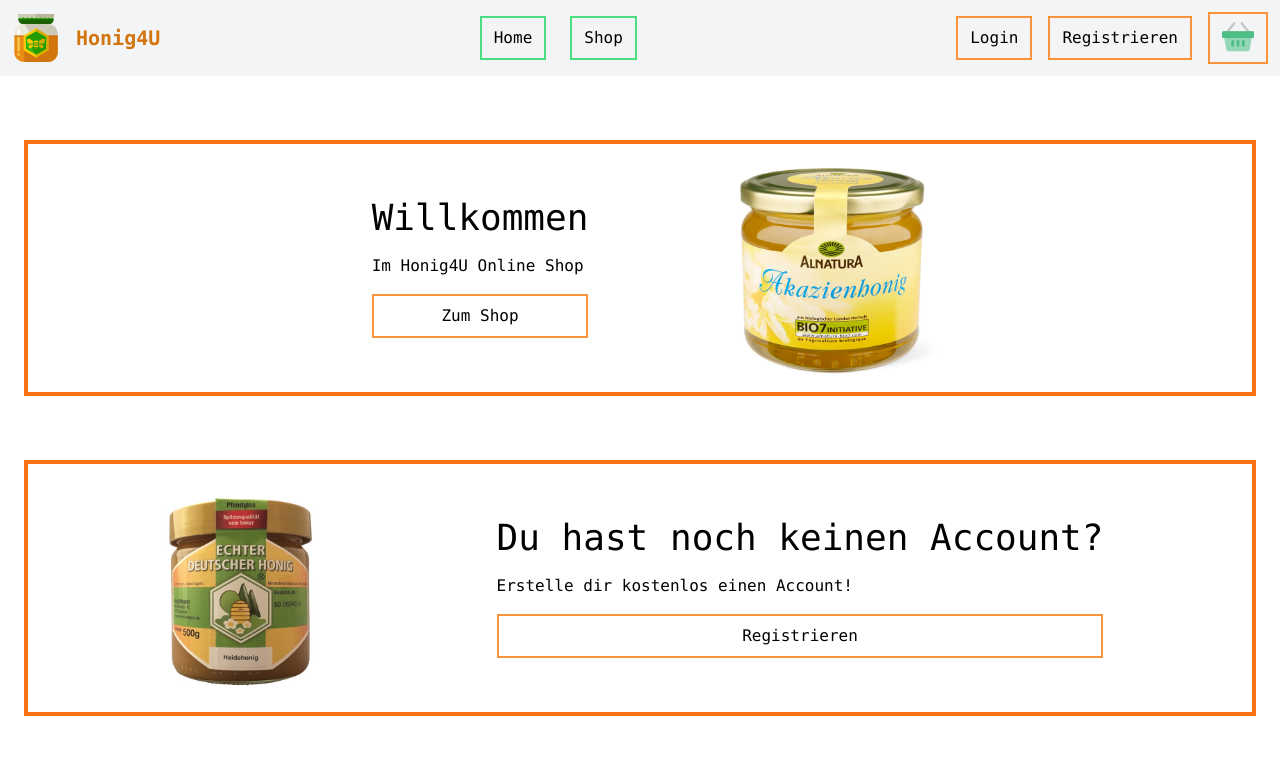
Repository: cainytheslave/PHPHonigShop
Page: http://localhost/
The author's editor kept a copy of each file at every save. The page is drawn from the files as they stood at one save, then again after the next save.
The browser window is 1280 px wide. The pictures show the whole page.
The page is run by PHP 8.4 with error messages shown; the project is at /var/www/html/. Style sheets and scripts are compiled from the project's sources, by tool versions that may differ from the author's.

Above is the page before, as saved 2022-03-11 22:12:56.

### index.php
<?php

session_start();

$einstellungen = require('core/einstellungen.php');

if (!isset($_SESSION['warenkorb'])) {
    $_SESSION['warenkorb'] = [];
}

?>

<!DOCTYPE html>
<html lang="en">

<head>
    <meta charset="UTF-8">
    <meta http-equiv="X-UA-Compatible" content="IE=edge">
    <meta name="viewport" content="width=device-width, initial-scale=1.0">
    <title><?= $einstellungen['firma'] ?></title>

    <?php include('includes/head.inc.php') ?>
</head>

<body class="font-mono">

    <?php include('includes/header.inc.php') ?>

    <main class="flex flex-col gap-16 px-6 py-16 mx-auto max-w-7xl">
        <!-- Hero Section -->
        <div class="relative flex justify-center w-full h-64 gap-16 overflow-hidden border-orange-500 border-4">
            <div class="flex items-center h-full px-16 bg-white">
                <div class="flex flex-col gap-4">
                    <h1 class="text-4xl">Willkommen</h1>
                    <p>Im <?= $einstellungen['firma'] ?> Online Shop</p>
                    <?= Komponente::link('Zum Shop', 'shop.php') ?>
                </div>
            </div>

            <div class="h-32 p-6">
                <img class="object-contain h-52" src="images/akazie.png" alt="">
            </div>

        </div>

        <!-- Hero Section -->
        <div class="relative flex justify-center w-full h-64 gap-16 overflow-hidden border-orange-500 border-4">

            <div class="h-32 p-6">
                <img class="object-contain h-52" src="images/heide.png" alt="">
            </div>

            <div class="flex items-center h-full px-16 bg-white">
                <div class="flex flex-col gap-4">
                    <h1 class="text-4xl">Du hast noch keinen Account?</h1>
                    <p>Erstelle dir kostenlos einen Account!</p>
                    <?= Komponente::link('Registrieren', 'registrierung.php') ?>
                </div>
            </div>
        </div>
    </main>
</body>

</html>

### core/einstellungen.php
<?php

return [
    'firma' => 'Honig4U'
];

### includes/head.inc.php
<!-- Styling -->
<link rel="stylesheet" href="style.css">

<!-- AlpineJS (Javascript Framework für Mobiles Menu https://alpinejs.dev) -->
<script defer src="https://unpkg.com/alpinejs@3.x.x/dist/cdn.min.js"></script>

### includes/header.inc.php
<?php

require('core/Komponente.php');
$einstellungen = require('core/einstellungen.php');

?>

<!-- Header -->
<header class="w-full bg-gray-100" x-data="{open: false}">
    <!-- Desktop -->
    <div class="flex items-center justify-between px-3 py-3 mx-auto max-w-7xl">

        <!-- Logo -->
        <a class="flex items-center gap-4">
            <img src="images/logo.svg" class="w-12 h-12" alt="Logo">
            <p class="text-xl font-semibold text-honey"><?= $einstellungen['firma'] ?></p>
        </a>

        <!-- Navigation-->
        <div class="items-center hidden gap-6 sm:flex">
            <?= Komponente::link('Home', 'index.php', 'green') ?>
            <?= Komponente::link('Shop', 'shop.php', 'green') ?>
            <?php if (isset($_SESSION['user']) && isset($_SESSION['user']['mitarbeiter'])) {
                if ($_SESSION['user']['mitarbeiter']) {
                    echo Komponente::link('Mitarbeiterbereich', 'admin.php', 'green');
                }
            } ?>
        </div>

        <!-- Account -->
        <div class="flex items-center gap-4">
            <?php if (isset($_SESSION['user'])) : ?>
                <?= Komponente::link('<img src="images/logout.svg" class="w-8 h-8" alt="">', 'logout.php?to=login.php') ?>
            <?php else : ?>
                <?= Komponente::link('Login', 'login.php') ?>
                <?= Komponente::link('Registrieren', 'registrierung.php') ?>
            <?php endif; ?>
            <?= Komponente::link('<img src="images/basket.svg" class="w-8 h-8" alt="">', 'warenkorb.php') ?>
        </div>

        <!-- Mobile Trigger -->
        <img @click="open = !open" src="images/menu.svg" class="block w-10 h-10 sm:hidden" alt="">
    </div>

    <!-- Mobile Menu -->
    <div class="flex flex-col gap-3 px-3 border-t-2 sm:hidden" x-show="open" style="display:none">
        <!-- Navigation-->
        <?= Komponente::link('Home', 'index.php', 'green') ?>
        <?= Komponente::link('Shop', 'shop.php', 'green') ?>
        <?php if (isset($_SESSION['user']) && isset($_SESSION['user']['mitarbeiter'])) {
            if ($_SESSION['user']['mitarbeiter']) {
                echo Komponente::link('Mitarbeiterbereich', 'admin.php', 'green');
            }
        } ?>
    </div>
</header>

### core/Komponente.php
<?php

class Komponente
{

    static function link($text = "", $href = "", $border = "orange")
    {
        $classes = "text-center px-3 py-2 border-2 hover:bg-gray-200 active:scale-95 hover:scale-105 border-$border-400";
        return "<a href='$href' class='$classes'>$text</a>";
    }

    static function button($text = "", $name = "", $border = "orange")
    {
        $classes = "text-center cursor-pointer px-3 py-2 border-2 hover:bg-gray-200 active:scale-95 hover:scale-105 border-$border-400";
        return "<input type='submit' name='$name' class='$classes' value='$text' />";
    }

    static function input($type = "text", $placeholder = '', $name = '', $value = '', $required = 'true')
    {
        $classes = "flex-1 text-left px-3 py-2 border-2 active:scale-95 border-orange-400";
        return "<input type='$type' name='$name' required='$required' value='$value' class='$classes' placeholder='$placeholder' />";
    }

    static function alert($error = true, $data)
    {
        if (count($data) <= 0) return '';

        $str = '<section class="w-full p-4 mx-auto mt-4 bg-green-300 border-2 border-green-500 shadow-xl">';
        if ($error) $str = '<section class="w-full p-4 mx-auto mt-4 bg-red-300 border-2 border-red-500 shadow-xl">';

        foreach ($data as $entry) {
            $str .= '<p class="text-lg font-semibold">' . $entry . '</p>';
        }

        $str .= '</section>';

        return $str;
    }
}

### tailwind.config.js
module.exports = {
    content: [
        "./*.{html,js,php}",
        "./core/*.php",
        "./includes/*.php"
    ],
    theme: {
        extend: {
            colors: {
                honey: '#d3750d',
                honeylight: '#d3ab05',
                honeygreen: '#239b02'
            }
        },
    },
    safelist: [{
            pattern: /border-(orange|green|red)-400/,
        },
        {
            pattern: /border-(green|red)-500/
        },
        {
            pattern: /bg-(green|red)-300/
        },
        {
            pattern: /cursor-pointer/
        },
        {
            pattern: /w-8/
        },
        {
            pattern: /h-8/
        },
        {
            pattern: /flex-1/
        }

    ],
    plugins: [],
}

### images/logo.svg
<?xml version="1.0" encoding="iso-8859-1"?>
<!-- Generator: Adobe Illustrator 19.0.0, SVG Export Plug-In . SVG Version: 6.00 Build 0)  -->
<svg version="1.1" id="Layer_1" xmlns="http://www.w3.org/2000/svg" xmlns:xlink="http://www.w3.org/1999/xlink" x="0px" y="0px"
	 viewBox="0 0 496.8 496.8" style="enable-background:new 0 0 496.8 496.8;" xml:space="preserve">
<path style="fill:#EAE9DA;" d="M472.4,403.2c0,56-46.4,92.8-102.4,92.8H128.4c-56,0-104-44.8-104-92.8V204.8
	C24.4,149.6,70,104,125.2,104h245.6c56,0,100.8,45.6,100.8,100.8v198.4H472.4z"/>
<path style="fill:#CCCAB6;" d="M128.4,104H370c56,0,102.4,41.6,102.4,97.6v197.6c0,56-46.4,97.6-102.4,97.6"/>
<path style="fill:#EA8B18;" d="M24.4,224v174.4c0,56,46.4,97.6,102.4,97.6H370c56,0,102.4-41.6,102.4-97.6V224H24.4z"/>
<path style="fill:#D3750D;" d="M128.4,496H370c56,0,102.4-41.6,102.4-97.6v-172L126,224.8"/>
<path style="fill:#F7CA4D;" d="M80.4,376.8c0,6.4-5.6,12-12,12l0,0c-6.4,0-12-5.6-12-12V247.2c0-6.4,5.6-12,12-12l0,0
	c6.4,0,12,5.6,12,12V376.8z"/>
<path style="fill:#FFFFFF;" d="M80.4,201.6c0,6.4-5.6,12-12,12l0,0c-6.4,0-12-5.6-12-12v-38.4c0-5.6,5.6-11.2,12-11.2l0,0
	c6.4,0,12,5.6,12,12V201.6z"/>
<path style="fill:#F7CA4D;" d="M80.4,423.2c0,6.4-5.6,12-12,12l0,0c-6.4,0-12-5.6-12-12v-8c0-6.4,5.6-12,12-12l0,0
	c6.4,0,12,5.6,12,12V423.2z"/>
<path style="fill:#239B02;" d="M430.8,52c0,26.4-21.6,52-48,52H114c-26.4,0-48-25.6-48-52l0,0c0-26.4,21.6-52,48-52h268
	C409.2,0,430.8,25.6,430.8,52L430.8,52z"/>
<path style="fill:#1A6000;" d="M430.8,53.6L430.8,53.6c0,26.4-21.6,50.4-48,50.4H114c-26.4,0-48-22.4-48-48.8l0,0"/>
<path style="fill:#CCCAB6;" d="M437.2,12c0-8-6.4-12-13.6-12H73.2c-8,0-13.6,4-13.6,12c0,4.8,2.4,8,5.6,10.4
	c2.4,13.6,14.4,23.2,28,23.2c8.8,0,16.8-4.8,22.4-11.2c5.6,6.4,12.8,10.4,22.4,10.4c8.8,0,16.8-4,22.4-10.4
	c5.6,6.4,12.8,10.4,22.4,10.4c8.8,0,16.8-4,22.4-10.4c5.6,6.4,12.8,10.4,22.4,10.4s16.8-4,22.4-10.4c5.6,6.4,12.8,10.4,22.4,10.4
	c9.6,0,16.8-4,22.4-10.4c5.6,6.4,12.8,10.4,22.4,10.4c8.8,0,16.8-4,22.4-10.4c5.6,6.4,12.8,10.4,22.4,10.4c8.8,0,16.8-4,22.4-10.4
	c5.6,6.4,12.8,10.4,22.4,10.4c14.4,0,25.6-9.6,28-23.2C434.8,20,437.2,16.8,437.2,12z"/>
<path style="fill:#BAB699;" d="M423.6,0H248.4v35.2c0,0,0-0.8,0.8-0.8c5.6,6.4,12.8,10.4,21.6,10.4c8.8,0,16.8-4,22.4-10.4
	c5.6,6.4,12.8,10.4,22.4,10.4c8.8,0,16.8-4,22.4-10.4c5.6,6.4,12.8,10.4,22.4,10.4c8.8,0,16.8-4,22.4-10.4
	c5.6,6.4,12.8,10.4,22.4,10.4c14.4,0,25.6-10.4,28-24c3.2-2.4,5.6-4.8,5.6-9.6C437.2,4,430.8,0,423.6,0z"/>
<rect x="24.4" y="224" style="fill:#C65E00;" width="448" height="8"/>
<polygon style="fill:#F9CA06;" points="376.4,376 248.4,452 120.4,376 120.4,224 248.4,147.2 376.4,224 "/>
<polyline style="fill:#D3AB05;" points="248.4,147.2 376.4,224 376.4,376 248.4,452 "/>
<polygon style="fill:#34B515;" points="352.4,359.2 248.4,418.4 144.4,359.2 144.4,240.8 248.4,180.8 352.4,240.8 "/>
<polyline style="fill:#239B02;" points="144.4,240.8 249.2,180.8 352.4,240.8 352.4,359.2 248.4,418.4 "/>
<g>
	<polygon style="fill:#F9CA06;" points="224.4,328 224.4,339.2 226,344 270.8,344 272.4,339.2 272.4,328 	"/>
	<polygon style="fill:#F9CA06;" points="272.4,296 272.4,283.2 248.4,272 224.4,283.2 224.4,296 	"/>
</g>
<g>
	<rect x="224.4" y="304" style="fill:#D3AB05;" width="48" height="16"/>
	<polygon style="fill:#D3AB05;" points="236.4,352 248.4,363.2 260.4,352 	"/>
</g>
<g>
	<polygon style="fill:#F9CA06;" points="216.4,280 216.4,308.8 166.8,305.6 153.2,265.6 179.6,253.6 	"/>
	<polygon style="fill:#F9CA06;" points="216.4,336.8 216.4,316 180.4,318.4 170.8,347.2 190,356 	"/>
</g>
<g>
	<polygon style="fill:#D3AB05;" points="280.4,280 280.4,308.8 330,305.6 343.6,265.6 317.2,253.6 	"/>
	<polygon style="fill:#D3AB05;" points="280.4,336.8 280.4,316 316.4,318.4 326,347.2 306.8,356 	"/>
</g>
<g>
</g>
<g>
</g>
<g>
</g>
<g>
</g>
<g>
</g>
<g>
</g>
<g>
</g>
<g>
</g>
<g>
</g>
<g>
</g>
<g>
</g>
<g>
</g>
<g>
</g>
<g>
</g>
<g>
</g>
</svg>

### images/basket.svg
<svg width="48px" height="48px" viewBox="0 0 48 48" xmlns="http://www.w3.org/2000/svg"><title>70 Basic icons by Xicons.co</title><path d="M37.67,44H10.33a4,4,0,0,1-3.93-3.27L2,17H46L41.61,40.73A4,4,0,0,1,37.67,44Z" fill="#93d8b6"/><path d="M40.44,17.42a1.85,1.85,0,0,1-1.46-.7L28.32,3.27a1.86,1.86,0,0,1,0-2.41A1.87,1.87,0,0,1,31.17,1L41.84,14.42A1.81,1.81,0,0,1,40.44,17.42Z" fill="#c8c8c8"/><path d="M7.37,17.43a1.81,1.81,0,0,1-1.38-3L17,1A1.94,1.94,0,0,1,19.37.49a1.79,1.79,0,0,1,.54,2.72L8.81,16.75A1.86,1.86,0,0,1,7.37,17.43Z" fill="#c8c8c8"/><path d="M45.23,14.28H2.77A2.75,2.75,0,0,0,0,17v1.81a2.75,2.75,0,0,0,2.77,2.72H45.23A2.75,2.75,0,0,0,48,18.81V17A2.75,2.75,0,0,0,45.23,14.28Z" fill="#94ac82"/><rect y="14" width="48" height="10" rx="2" ry="2" fill="#4dbe86"/><path d="M16,37a2,2,0,0,1-2-2V29a2,2,0,0,1,4,0v6A2,2,0,0,1,16,37Z" fill="#4dbe86"/><path d="M24,37a2,2,0,0,1-2-2V29a2,2,0,0,1,4,0v6A2,2,0,0,1,24,37Z" fill="#4dbe86"/><path d="M32,37a2,2,0,0,1-2-2V29a2,2,0,0,1,4,0v6A2,2,0,0,1,32,37Z" fill="#4dbe86"/></svg>

### images/menu.svg
<svg width="512px" height="512px" viewBox="0 0 512 512" xmlns="http://www.w3.org/2000/svg"><path fill="#000" d="M32 96v64h448V96H32zm0 128v64h448v-64H32zm0 128v64h448v-64H32z"/></svg>

Loaded but not shown: tailwind.css (common file)

After the next save:
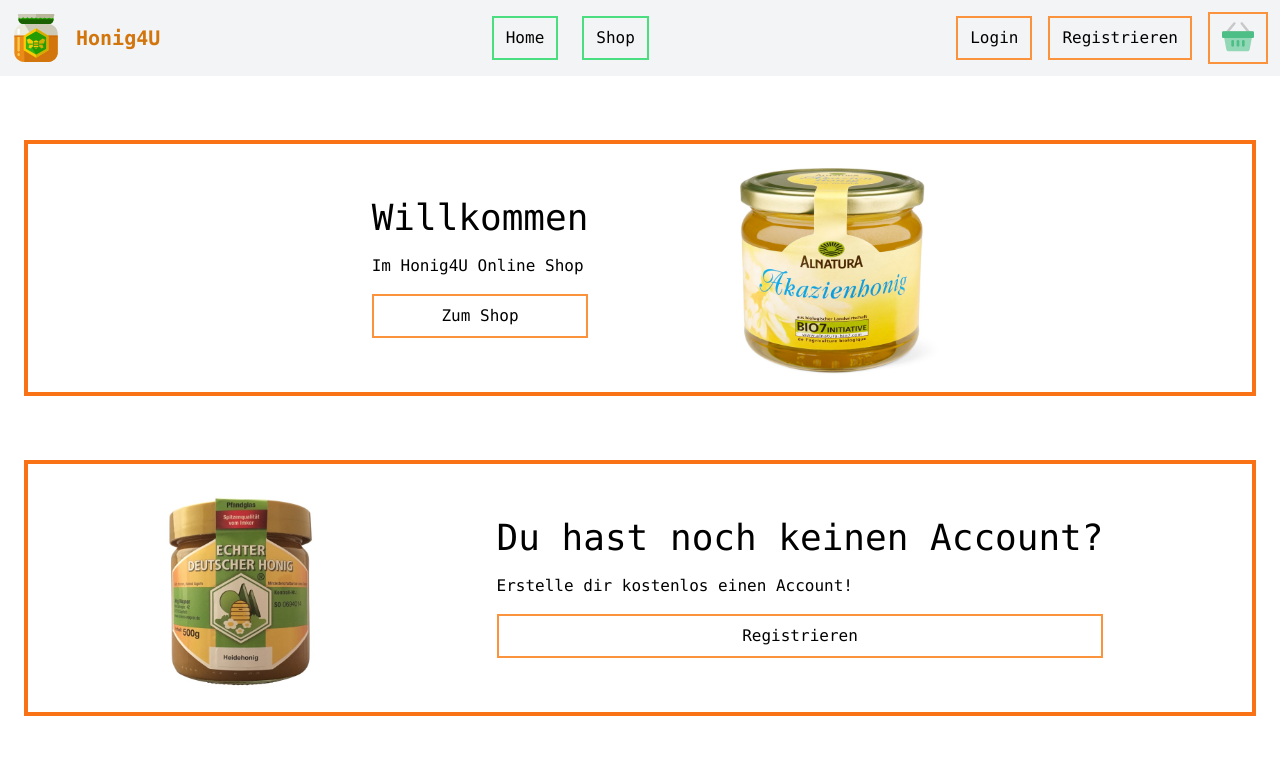
Saved 20 s later.
--- a/includes/header.inc.php
+++ b/includes/header.inc.php
@@ -11,35 +11,35 @@
     <div class="flex items-center justify-between px-3 py-3 mx-auto max-w-7xl">
 
         <!-- Logo -->
-        <a class="flex items-center gap-4">
+        <a href="index.php" class="flex items-center gap-4 cursor-pointer">
             <img src="images/logo.svg" class="w-12 h-12" alt="Logo">
             <p class="text-xl font-semibold text-honey"><?= $einstellungen['firma'] ?></p>
-        </a>
+            </aref=>
 
-        <!-- Navigation-->
-        <div class="items-center hidden gap-6 sm:flex">
-            <?= Komponente::link('Home', 'index.php', 'green') ?>
-            <?= Komponente::link('Shop', 'shop.php', 'green') ?>
-            <?php if (isset($_SESSION['user']) && isset($_SESSION['user']['mitarbeiter'])) {
-                if ($_SESSION['user']['mitarbeiter']) {
-                    echo Komponente::link('Mitarbeiterbereich', 'admin.php', 'green');
-                }
-            } ?>
-        </div>
+            <!-- Navigation-->
+            <div class="items-center hidden gap-6 sm:flex">
+                <?= Komponente::link('Home', 'index.php', 'green') ?>
+                <?= Komponente::link('Shop', 'shop.php', 'green') ?>
+                <?php if (isset($_SESSION['user']) && isset($_SESSION['user']['mitarbeiter'])) {
+                    if ($_SESSION['user']['mitarbeiter']) {
+                        echo Komponente::link('Mitarbeiterbereich', 'admin.php', 'green');
+                    }
+                } ?>
+            </div>
 
-        <!-- Account -->
-        <div class="flex items-center gap-4">
-            <?php if (isset($_SESSION['user'])) : ?>
-                <?= Komponente::link('<img src="images/logout.svg" class="w-8 h-8" alt="">', 'logout.php?to=login.php') ?>
-            <?php else : ?>
-                <?= Komponente::link('Login', 'login.php') ?>
-                <?= Komponente::link('Registrieren', 'registrierung.php') ?>
-            <?php endif; ?>
-            <?= Komponente::link('<img src="images/basket.svg" class="w-8 h-8" alt="">', 'warenkorb.php') ?>
-        </div>
+            <!-- Account -->
+            <div class="flex items-center gap-4">
+                <?php if (isset($_SESSION['user'])) : ?>
+                    <?= Komponente::link('<img src="images/logout.svg" class="w-8 h-8" alt="">', 'logout.php?to=login.php') ?>
+                <?php else : ?>
+                    <?= Komponente::link('Login', 'login.php') ?>
+                    <?= Komponente::link('Registrieren', 'registrierung.php') ?>
+                <?php endif; ?>
+                <?= Komponente::link('<img src="images/basket.svg" class="w-8 h-8" alt="">', 'warenkorb.php') ?>
+            </div>
 
-        <!-- Mobile Trigger -->
-        <img @click="open = !open" src="images/menu.svg" class="block w-10 h-10 sm:hidden" alt="">
+            <!-- Mobile Trigger -->
+            <img @click="open = !open" src="images/menu.svg" class="block w-10 h-10 sm:hidden" alt="">
     </div>
 
     <!-- Mobile Menu -->
